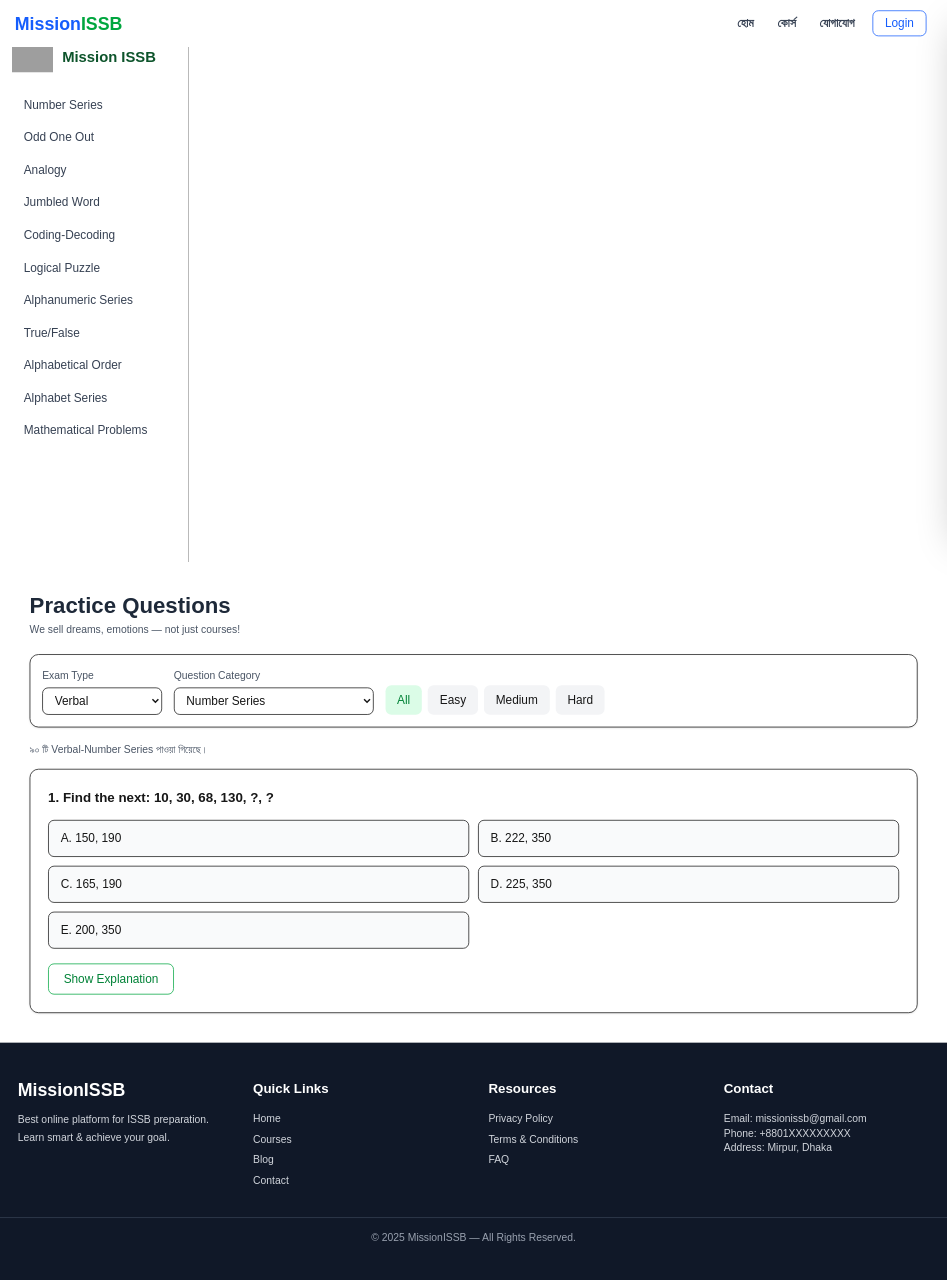
Repository: mdmuhibullahhabib/missionissb
Page: /issb/iq-practice
An editor plug-in stored every save of this project. The page is shown before and after a run of saves, followed by the edit.
The browser window is 1280 px wide. The pictures show the whole page, at 74% of full size.
Pictures or frames that could not be fetched are drawn as grey boxes. The page's requests for data from a server got no answer. The project was rebuilt for these pictures with package versions that can differ from the ones it lists, and the page was loaded fresh each time. The framework's server and built-in components were replaced by stand-ins that run in the browser. No one was signed in, and anything a server would have sent is missing. Also part of the build but not shown: next.config.mjs.

Above is the page before, as saved 2025-12-11 23:42:11.

### app/layout.js
import { Geist, Geist_Mono } from 'next/font/google'
import './globals.css'
import Footer from '@/components/shared/Footer'
import Navbar from '@/components/shared/Navbar'
import NextAuthProvider from './providers/NextAuthProvider'
import LayoutWrapper from '@/components/LayoutWrapper'

const geistSans = Geist({
  variable: '--font-geist-sans',
  subsets: ['latin']
})

const geistMono = Geist_Mono({
  variable: '--font-geist-mono',
  subsets: ['latin']
})

export const metadata = {
  title: 'Mission ISSB',
  description: 'Generated by create next app'
}

export default function RootLayout({ children }) {
  return (
    <html lang='en' suppressHydrationWarning={true}>
      <body
        className={`${geistSans.variable} ${geistMono.variable} antialiased`}
      >
        <NextAuthProvider>

                    <LayoutWrapper>{children}</LayoutWrapper>


          {/* <Navbar />

          {children}

          <Footer /> */}
        </NextAuthProvider>
      </body>
    </html>
  )
}

### app/issb/iq-practice/page.jsx
"use client";

import React from 'react'
import AsideMenu from './components/AsideMenu';
import PracticeQuestions from './components/PracticeQuestions';

const IqPracticePage = () => {
  return (
    <div className='mt-10'>
        <AsideMenu/>
        <PracticeQuestions/>
        </div>
  )
}

export default IqPracticePage

### components/shared/Footer.jsx
"use client";
import Link from "next/link";

export default function Footer() {
  return (
    <footer className="bg-gray-900 text-gray-300 py-12">
      <div className="max-w-7xl mx-auto grid grid-cols-1 md:grid-cols-4 gap-10 px-6">

        {/* Column 1 */}
        <div>
          <h2 className="text-2xl font-bold text-white">MissionISSB</h2>
          <p className="mt-3 text-sm leading-6">
            Best online platform for ISSB preparation.
            Learn smart & achieve your goal.
          </p>
        </div>

        {/* Column 2 */}
        <div>
          <h3 className="text-lg font-semibold text-white mb-4">Quick Links</h3>
          <ul className="space-y-2 text-sm">
            <li><Link href="/" className="hover:text-white">Home</Link></li>
            <li><Link href="/courses" className="hover:text-white">Courses</Link></li>
            <li><Link href="/blog" className="hover:text-white">Blog</Link></li>
            <li><Link href="/contact" className="hover:text-white">Contact</Link></li>
          </ul>
        </div>

        {/* Column 3 */}
        <div>
          <h3 className="text-lg font-semibold text-white mb-4">Resources</h3>
          <ul className="space-y-2 text-sm">
            <li><Link href="/privacy" className="hover:text-white">Privacy Policy</Link></li>
            <li><Link href="/terms" className="hover:text-white">Terms & Conditions</Link></li>
            <li><Link href="/faq" className="hover:text-white">FAQ</Link></li>
          </ul>
        </div>

        {/* Column 4 */}
        <div>
          <h3 className="text-lg font-semibold text-white mb-4">Contact</h3>
          <p className="text-sm">Email: missionissb@gmail.com</p>
          <p className="text-sm">Phone: +8801XXXXXXXXX</p>
          <p className="text-sm">Address: Mirpur, Dhaka</p>
        </div>
      </div>

      <div className="mt-10 border-t border-gray-700 pt-4 text-center text-gray-400 text-sm">
        © {new Date().getFullYear()} MissionISSB — All Rights Reserved.
      </div>
    </footer>
  );
}

### components/shared/Navbar.jsx
"use client";
import { useState, useEffect } from "react";
import Link from "next/link";
import { FiMenu, FiX } from "react-icons/fi";
import { useSession } from "next-auth/react";
import { useRouter } from "next/navigation";
import DrawerMenu from "../user/UserDrawerMenu";


// Fake user data
const fakeUser = {
    name: "Muhibullah Habib",
    email: "muhib@example.com",
    avatar: "https://i.pravatar.cc/100?img=11",
    role: "admin",
};

export default function Navbar() {
    const [open, setOpen] = useState(false);
    const [scroll, setScroll] = useState(false);
    const router = useRouter();
        const [drawerOpen, setDrawerOpen] = useState(false);
    const [userDrawerOpen, setUserDrawerOpen] = useState(false);
    const { data: session, status } = useSession();
    console.log(session)
    console.log(status)

    // Scroll detection for shadow effect
    useEffect(() => {
        const handleScroll = () => {
            setScroll(window.scrollY > 10);
        };
        window.addEventListener("scroll", handleScroll);
        return () => window.removeEventListener("scroll", handleScroll);
    }, []);

    const navLinks = [
        { name: "হোম", href: "/" },
        { name: "কোর্স", href: "/courses" },
        { name: "যোগাযোগ", href: "/contact" },
    ];

    // User icon click
    const handleUserClick = () => {
        if (status == "authenticated") {
            setUserDrawerOpen(true);
        } else {
            router.push("/auth");
        }
    };

    return (
        <>
            <nav
                className={`w-full fixed top-0 z-50 transition-all ${scroll ? "bg-white shadow-md" : "bg-white"
                    }`}
            >
                <div className="max-w-7xl mx-auto px-5 py-3 flex justify-between items-center">

                    {/* Logo */}
                    <Link href="/" className="text-2xl font-bold text-blue-600">
                        Mission<span className="text-green-600">ISSB</span>
                    </Link>


                    {/* Auth Buttons */}
                    <div className="hidden items-center md:flex gap-4">
                        {/* Desktop Menu */}
                        <div className="hidden md:flex gap-8">
                            {navLinks.map((link) => (
                                <Link
                                    key={link.name}
                                    href={link.href}
                                    className="text-gray-700 font-semibold hover:text-blue-600 transition font-medium"
                                >
                                    {link.name}
                                </Link>
                            ))}
                        </div>

                        {/* User Icon */}
                        <button
                            onClick={handleUserClick}
                            className="p-2 rounded-full hover:bg-gray-100 transition duration-150"
                        >
                            {status == "authenticated" ? (
                                <img
                                    src={fakeUser?.avatar}
                                    alt="user"
                                    className="h-8 w-8 rounded-full border"
                                />
                            ) : (
                                <Link
                                    href="/auth"
                                    className="px-4 py-2 border border-blue-600 text-blue-600 rounded-lg hover:bg-blue-600 hover:text-white transition"
                                >
                                    Login
                                </Link>
                            )}
                        </button>
                    </div>

                    {/* Mobile Toggle */}
                    <button onClick={() => setOpen(!open)} className="md:hidden text-3xl">
                        {open ? <FiX /> : <FiMenu />}
                    </button>
                </div>

                {/* Mobile Menu */}
                <div
                    className={`md:hidden bg-white fixed top-[64px] left-0 w-full h-screen transition-all duration-300 ${open ? "translate-y-0 opacity-100" : "-translate-y-5 opacity-0 pointer-events-none"
                        }`}
                >
                    <div className="flex flex-col gap-6 px-6 py-6 text-lg">
                        {navLinks.map((link) => (
                            <Link
                                key={link.name}
                                href={link.href}
                                onClick={() => setOpen(false)}
                                className="text-gray-700 hover:text-blue-600"
                            >
                                {link.name}
                            </Link>
                        ))}

                        <hr />

                        <Link
                            href="/auth/login"
                            onClick={() => setOpen(false)}
                            className="text-blue-600 font-semibold"
                        >
                            Login
                        </Link>
                    </div>
                </div>
            </nav>

            <DrawerMenu
                isOpen={userDrawerOpen}
                onClose={() => setUserDrawerOpen(false)}
                // user={user}
            />
        </>
    );
}

### app/providers/NextAuthProvider.jsx
"use client"
import { SessionProvider } from 'next-auth/react'
import React from 'react'

const NextAuthProvider = ({ children }) => {
    return <SessionProvider>{children}</SessionProvider>
}

export default NextAuthProvider;

### components/LayoutWrapper.jsx
"use client";

import { usePathname } from "next/navigation";
import Navbar from "./shared/Navbar";
import Footer from "./shared/Footer";

export default function LayoutWrapper({ children }) {
  const pathname = usePathname();
  const isAdmin = pathname.startsWith("/admin");
  const isAuth = pathname.startsWith("/auth");

  return (
    <>
      {!isAdmin && !isAuth && <Navbar />}

      <main>{children}</main>

      {!isAdmin && !isAuth && <Footer />}
    </>
  );
}

### app/issb/iq-practice/components/AsideMenu.jsx
"use client";

import Link from "next/link";

export default function AsideMenu() {
  const menu = [
    "Number Series",
    "Odd One Out",
    "Analogy",
    "Jumbled Word",
    "Coding-Decoding",
    "Logical Puzzle",
    "Alphanumeric Series",
    "True/False",
    "Alphabetical Order",
    "Alphabet Series",
    "Mathematical Problems",
  ];

  return (
    <aside className="w-full md:w-64 bg-white border-r h-full md:h-screen p-4 overflow-y-auto sticky top-0">
      {/* Logo */}
      <div className="flex items-center gap-3 mb-6">
        <img src="/logo.png" alt="Mission ISSB" className="w-14" />
        <h2 className="text-xl font-bold text-green-900">Mission ISSB</h2>
      </div>

      {/* Menu */}
      <div className="space-y-1">
        {menu.map((item, idx) => (
          <Link
            key={idx}
            href={`/iq-practice/${item.toLowerCase().replace(/\s+/g, "-")}`}
            className="block px-4 py-2 rounded-lg text-gray-700 hover:bg-green-100 hover:text-green-700 transition"
          >
            {item}
          </Link>
        ))}
      </div>
    </aside>
  );
}

### app/issb/iq-practice/components/PracticeQuestions.jsx
"use client";

import { useState } from "react";

export default function PracticeQuestions() {
  const [showExplanation, setShowExplanation] = useState(false);

  return (
    <div className="flex-1 p-4 md:p-10">

      {/* Header */}
      <h1 className="text-3xl font-bold text-gray-800">Practice Questions</h1>
      <p className="text-gray-600 mt-1 text-sm">
        We sell dreams, emotions — not just courses!
      </p>

      {/* Filters */}
      <div className="mt-6 bg-white p-4 rounded-xl shadow-sm border flex flex-col md:flex-row gap-4">
        {/* Exam Type */}
        <div>
          <label className="text-gray-600 text-sm">Exam Type</label>
          <select className="mt-1 border px-3 py-2 rounded-lg w-full">
            <option>Verbal</option>
          </select>
        </div>

        {/* Category */}
        <div>
          <label className="text-gray-600 text-sm">Question Category</label>
          <select className="mt-1 border px-3 py-2 rounded-lg w-full">
            <option>Number Series</option>
          </select>
        </div>

        {/* Difficulty */}
        <div className="flex items-end gap-2">
          <button className="px-4 py-2 rounded-lg bg-green-100 text-green-700 font-medium">
            All
          </button>
          <button className="px-4 py-2 rounded-lg bg-gray-100">Easy</button>
          <button className="px-4 py-2 rounded-lg bg-gray-100">Medium</button>
          <button className="px-4 py-2 rounded-lg bg-gray-100">Hard</button>
        </div>
      </div>

      {/* Count */}
      <p className="mt-5 text-gray-600 text-sm">৯০ টি Verbal-Number Series পাওয়া গিয়েছে।</p>

      {/* Question Card */}
      <div className="mt-4 bg-white border p-6 rounded-xl shadow-sm">
        <h3 className="font-semibold text-lg">
          1. Find the next: 10, 30, 68, 130, ?, ?
        </h3>

        {/* Options */}
        <div className="mt-4 grid grid-cols-1 md:grid-cols-2 gap-3">
          {["150, 190", "222, 350", "165, 190", "225, 350", "200, 350"].map(
            (opt, i) => (
              <div
                key={i}
                className={`px-4 py-3 rounded-lg border bg-gray-50 hover:bg-gray-100 cursor-pointer`}
              >
                {String.fromCharCode(65 + i)}. {opt}
              </div>
            )
          )}
        </div>

        {/* Explanation */}
        <button
          onClick={() => setShowExplanation(!showExplanation)}
          className="mt-5 px-5 py-2 border border-green-600 text-green-700 rounded-lg hover:bg-green-50"
        >
          Show Explanation
        </button>

        {showExplanation && (
          <p className="mt-3 text-gray-700">
            Explanation will go here...
          </p>
        )}
      </div>
    </div>
  );
}

### components/user/UserDrawerMenu.jsx
"use client";

import { FiX, FiUser, FiShoppingBag, FiSettings, FiGrid, FiLogOut } from "react-icons/fi";
import { motion, AnimatePresence } from "framer-motion";
import Image from "next/image";
import { useRouter } from "next/navigation";
import { signOut, useSession } from "next-auth/react";
import Link from "next/link";

export default function DrawerMenu({ isOpen, onClose, user = {} }) {
  const router = useRouter();
  const { data: session, status } = useSession();
  console.log(session)

  const handleNavigate = (path) => {
    onClose();
    router.push(path);
  };

  const handleLogout = async () => {
    // You can replace with your logout logic
    console.log("User logged out");
    onClose();
    await signOut();
  };

  const isAdmin = user?.role === "admin";

  return (
    <>
      {/* Overlay */}
      <AnimatePresence>
        {isOpen && (
          <motion.div
            initial={{ opacity: 0 }}
            animate={{ opacity: 1 }}
            exit={{ opacity: 0 }}
            onClick={onClose}
            className="fixed inset-0 bg-black/30 backdrop-blur-sm z-40 cursor-pointer"
          />
        )}
      </AnimatePresence>

      {/* Drawer */}
      <motion.div
        initial={{ x: "100%" }}
        animate={{ x: isOpen ? 0 : "100%" }}
        exit={{ x: "100%" }}
        transition={{ type: "spring", stiffness: 100, damping: 20 }}
        className="fixed top-0 right-0 h-full w-80 sm:w-96 bg-white shadow-2xl z-50 flex flex-col"
      >
        {/* Header */}
        <div className="flex justify-between items-center p-4 border-b">
          <div className="flex items-center gap-3">
            <Image
              src={user?.photo || "https://i.ibb.co/5j9n3yH/default-avatar.png"}
              width={40}
              height={40}
              alt="User avatar"
              className="rounded-full object-cover"
            />
            <div>
              <p className="font-semibold text-gray-800">
                {user?.name || "Guest User"}
              </p>
              <p className="text-xs text-gray-500">
                {isAdmin ? "Administrator" : "Regular User"}
              </p>
            </div>
          </div>
          <button onClick={onClose} className="text-gray-600 hover:text-red-500">
            <FiX className="h-6 w-6" />
          </button>
        </div>

        {/* Menu Items */}
        <div className="flex-1 overflow-y-auto p-5 space-y-4 text-gray-700">
          <button
            onClick={() => handleNavigate("/profile")}
            className="flex items-center gap-3 w-full p-3 rounded-xl hover:bg-gray-100 transition"
          >
            <FiUser className="text-red-500" />
            <span>My Profile</span>
          </button>

          <Link
            href={"/mycourse"}
            // onClick={() => handleNavigate("/mycourse")}
            className="flex items-center gap-3 w-full p-3 rounded-xl hover:bg-gray-100 transition"
          >
            <FiShoppingBag className="text-red-500" />
            <span>My Courses</span>
          </Link>

          <Link
            href={"/admin/dashboard"}
            // onClick={() => handleNavigate("/mycourse")}
            className="flex items-center gap-3 w-full p-3 rounded-xl hover:bg-gray-100 transition"
          >
            <FiShoppingBag className="text-red-500" />
            <span>Admin Dashboard</span>
          </Link>

          {isAdmin && (
            <button
              onClick={() => handleNavigate("/admin/dashboard")}
              className="flex items-center gap-3 w-full p-3 rounded-xl hover:bg-gray-100 transition"
            >
              <FiGrid className="text-red-500" />
              <span>Admin Dashboard</span>
            </button>
          )}
        </div>

        {/* Footer */}
        <div className="border-t p-4">
          <button
            onClick={handleLogout}
            className="flex items-center justify-center gap-2 w-full py-2 bg-red-600 text-white font-medium rounded-xl hover:bg-red-700 transition"
          >
            <FiLogOut />
            Logout
          </button>
        </div>
      </motion.div>
    </>
  );
}

Loaded but not shown: app/globals.css (common file)

After the next 2 saves:
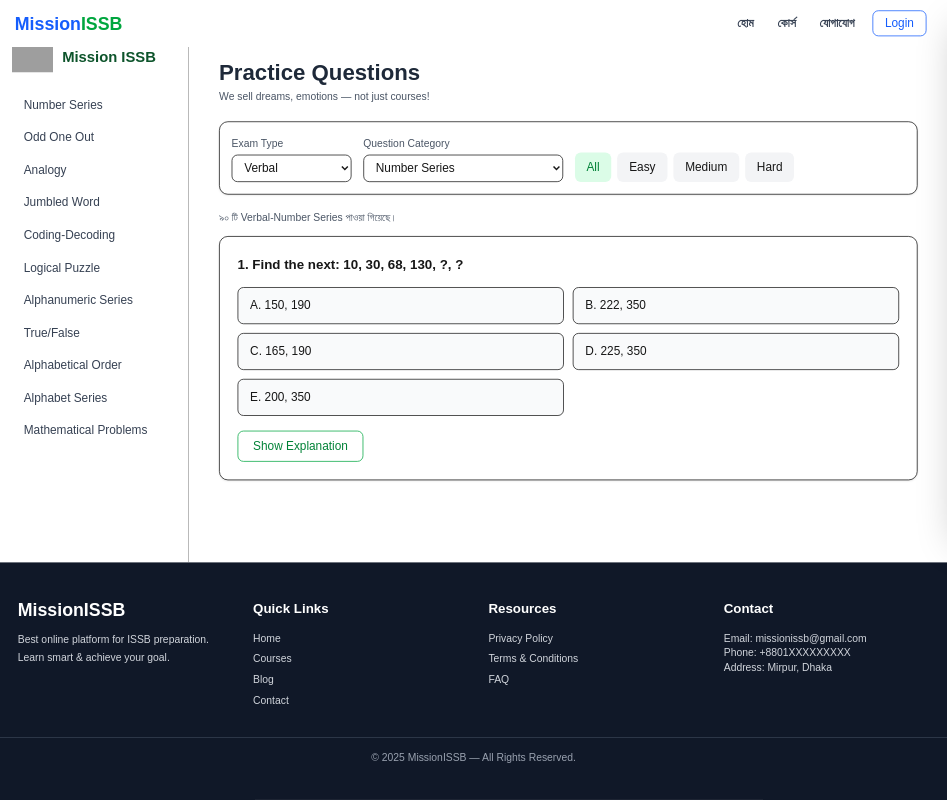
The 2 saves are shown as one change because they came seconds apart.
The last was saved 7 s later.
--- a/app/issb/iq-practice/page.jsx
+++ b/app/issb/iq-practice/page.jsx
@@ -6,7 +6,7 @@ import PracticeQuestions from './components/PracticeQuestions';
 
 const IqPracticePage = () => {
   return (
-    <div className='mt-10'>
+    <div className='mt-10 flex'>
         <AsideMenu/>
         <PracticeQuestions/>
         </div>
